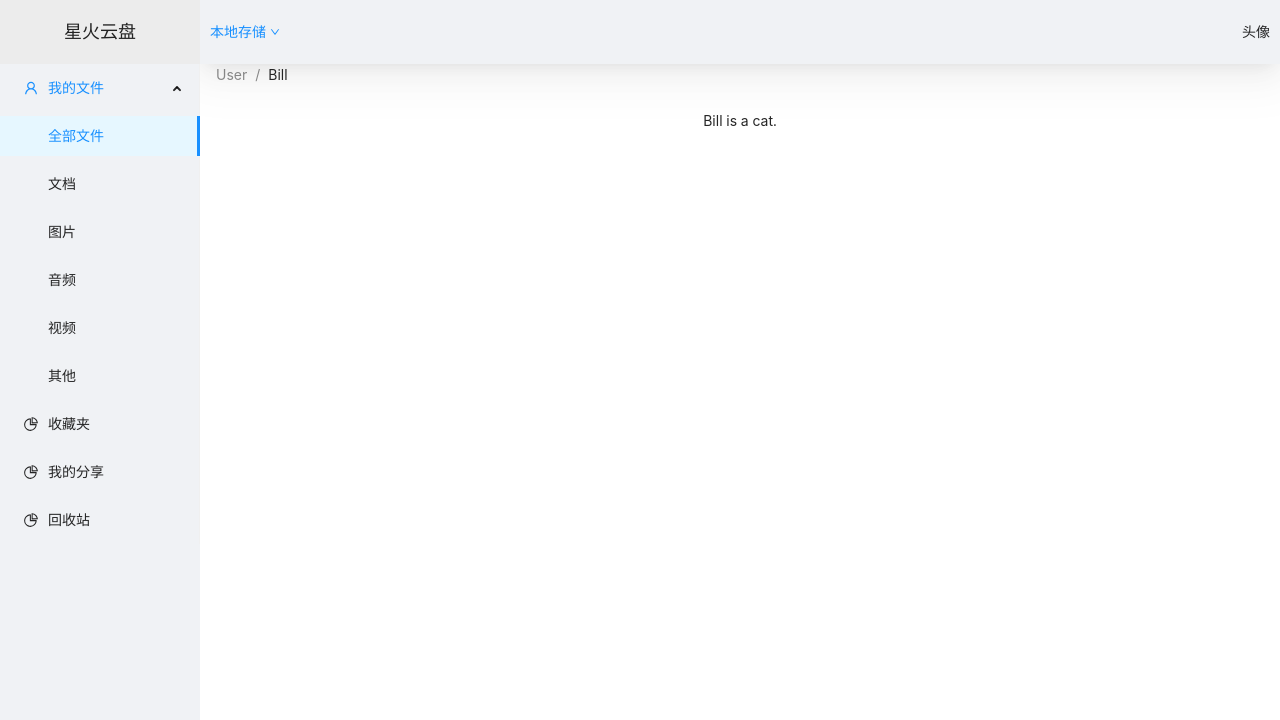
Repository: xstnet/starfire-cloud-fe
Page: /
An editor plug-in stored every save of this project. The page is shown before and after a run of saves, followed by the edit.
The browser window is 1280 px wide. The pictures show the whole page.
The project was rebuilt for these pictures with package versions that can differ from the ones it lists, and the page was loaded fresh each time. Also part of the build but not shown: craco.config.js.

Above is the page before, as saved 2021-09-12 22:11:50.

After the next 2 saves:
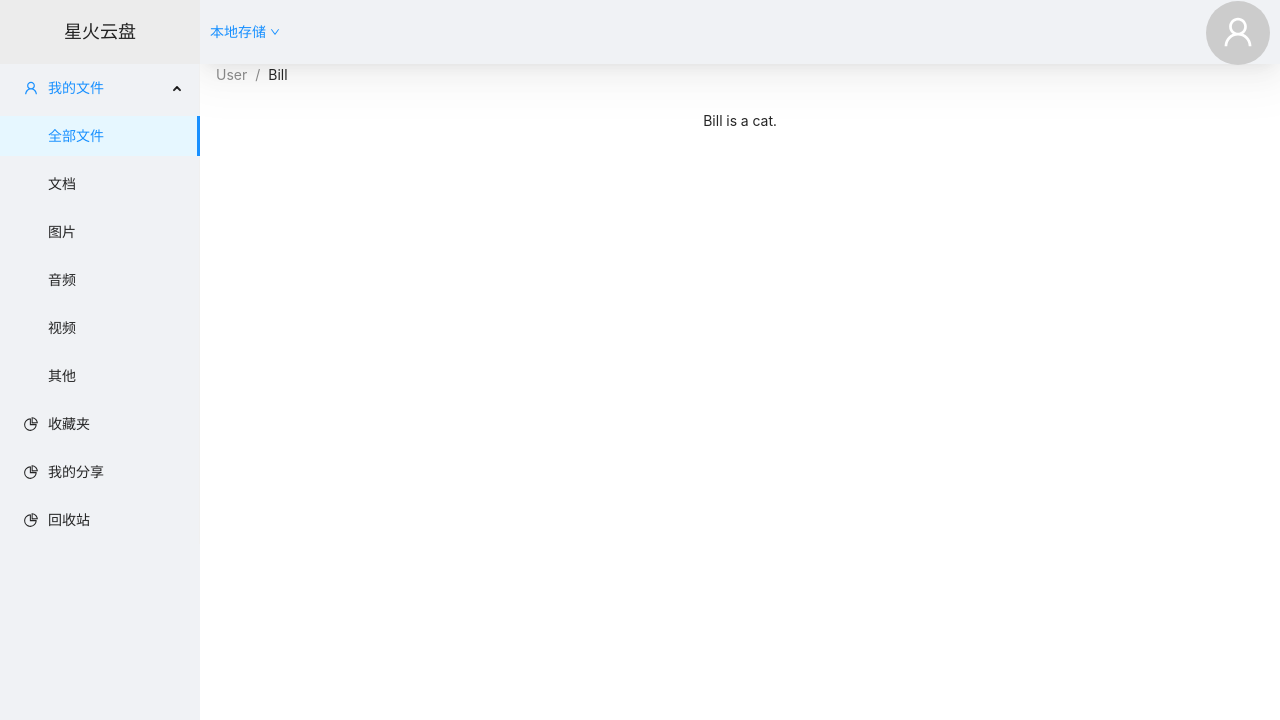
The 2 saves are shown as one change because they came seconds apart.
The last was saved 14 s later.
--- a/src/page/layout/main.jsx
+++ b/src/page/layout/main.jsx
@@ -68,7 +68,7 @@ class MainLayout extends React.Component {
                 </Dropdown>
               </div>
               <div className="header-right fr">
-                  头像
+                <Avatar size={64} icon={<UserOutlined />} />
               </div>
               <div className="clearboth"></div>
 
